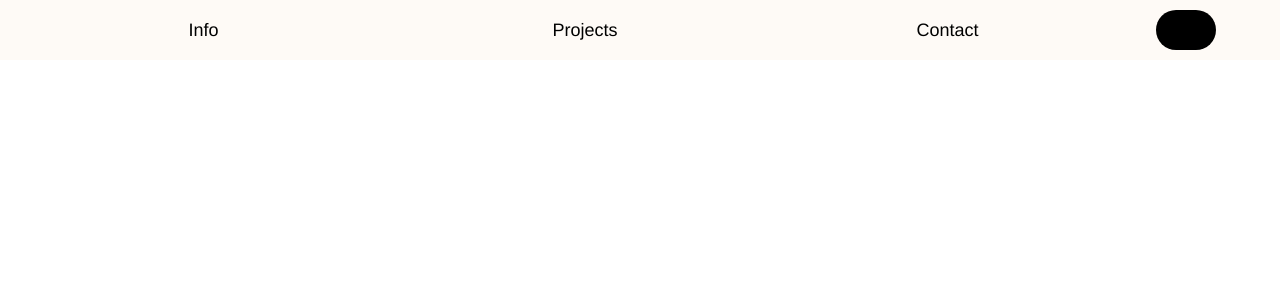
Repository: jinghuai8092/personal_website
Page: /
An editor plug-in stored every save of this project. The page is shown before and after the next save, followed by the edit.
The browser window is 1280 px wide. The pictures show the whole page.
The project was rebuilt for these pictures with package versions that can differ from the ones it lists, and the page was loaded fresh each time.

Above is the page before, as saved 2021-09-09 20:27:53.

### src/index.js
import React from 'react';
import ReactDOM from 'react-dom';
import App from './App';
import reportWebVitals from './reportWebVitals';
import './reset.css';

ReactDOM.render(
  <React.StrictMode>
    <App />
  </React.StrictMode>,
  document.getElementById('root')
);

// If you want to start measuring performance in your app, pass a function
// to log results (for example: reportWebVitals(console.log))
// or send to an analytics endpoint. Learn more: https://bit.ly/CRA-vitals
reportWebVitals();

### src/App.js
import Header from "./common/header";

function App() {
  return (
    <Header></Header>
  );
}

export default App;

### src/common/header/index.js
import React,{PureComponent} from 'react';
import styles from './header.module.css'

class Header extends PureComponent{
    render(){
        return(
            <div className={styles.header}>
                <nav className={styles.nav}>
                    <ul className={styles.ul}>
                        <li className={styles.li}>Info</li>
                        <li className={styles.li}>Projects</li>
                        <li className={styles.li}>Contact</li>
                        <li className={styles.eyes}></li>
                    </ul>
                </nav>
            </div>
        )
    }
}

export default Header;

### src/common/header/header.module.css
.header{
    position: fixed;
    width: 100%;
    z-index:999;
    background-color: #fefaf6;
}
.nav{
    max-width: 1600px;
    width: 100%;
    margin:0 auto;
    position: relative;
    display: block;
}
.ul{
    margin: 0 auto;
    list-style-type: none;
    display: flex;
    padding: 0;
    overflow: hidden;
    max-width: 90%;
    box-sizing: border-box;
    align-items: center;
    margin:0 auto;
    font-family: Biotif-Regular,Helvetica Neue,Helvetica,Arial,sans-serif;
    font-size: 18px;
}
.li{
    display: list-item;
    width: 10%;
    height: 60px;
    line-height: 60px;
    margin: 0 auto;
}
.eyes{
    width: 60px;
    height: 40px;
    background-color:black;
    border-radius: 60px;
}

Loaded but not shown: public/index.html (common file); src/reportWebVitals.js (common file); src/reset.css (common file)

After the next save:
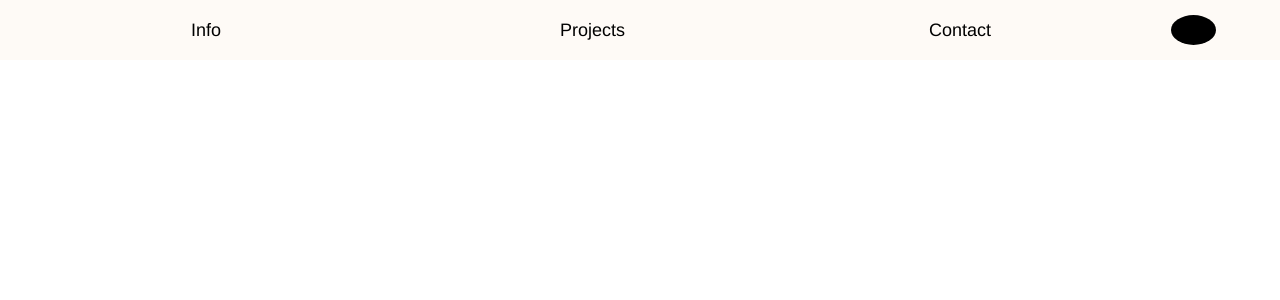
Saved 6 min 32 s later.
--- a/src/common/header/header.module.css
+++ b/src/common/header/header.module.css
@@ -32,8 +32,8 @@
     margin: 0 auto;
 }
 .eyes{
-    width: 60px;
-    height: 40px;
-    background-color:black;
-    border-radius: 60px;
+    background: black;
+    width: 45px;
+    height: 30px;
+    border-radius: 50%;
 }
